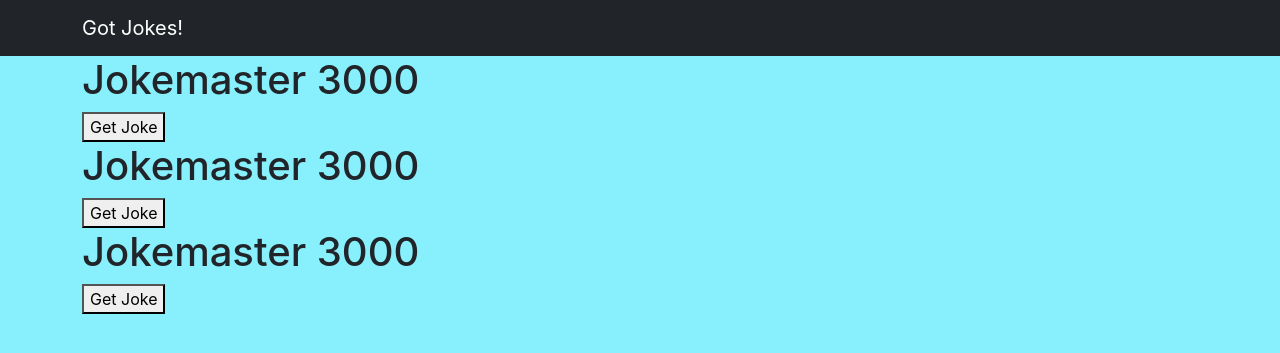
Repository: jontslater/LAB-joke-generator-react
Page: /
The author's editor kept a copy of each file at every save. The page is drawn from the files as they stood at one save, then again after the next save.
The browser window is 1280 px wide. The pictures show the whole page.
The project was rebuilt for these pictures with package versions that can differ from the ones it lists, and the page was loaded fresh each time. The framework's server and built-in components were replaced by stand-ins that run in the browser. Also part of the build but not shown: next.config.js.

Above is the page before, as saved 2024-01-12 16:06:39.

After the next save:
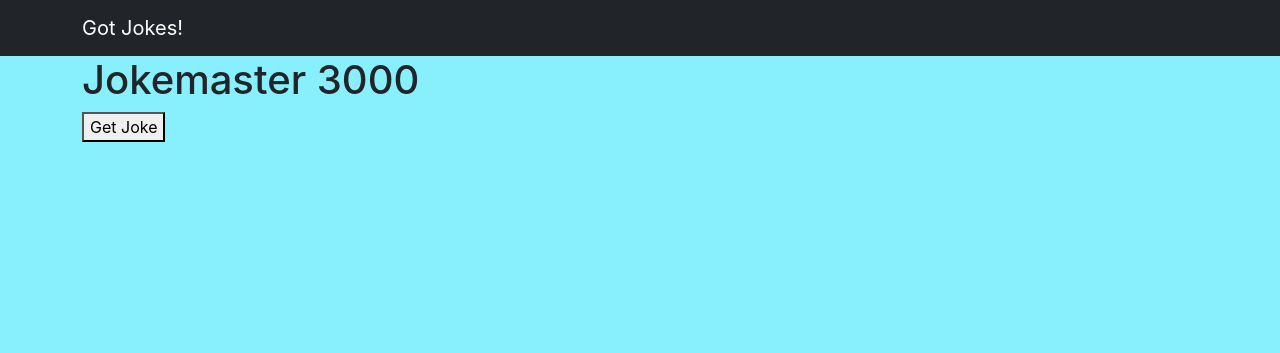
Saved 46 s later.
--- a/pages/index.js
+++ b/pages/index.js
@@ -9,9 +9,7 @@
 
   return (
     <>
-      <Jokes />
-      <Jokes />
-      <Jokes />
+      <Jokes title="Jokes1" />
     </>
   );
 }

After the save that followed:
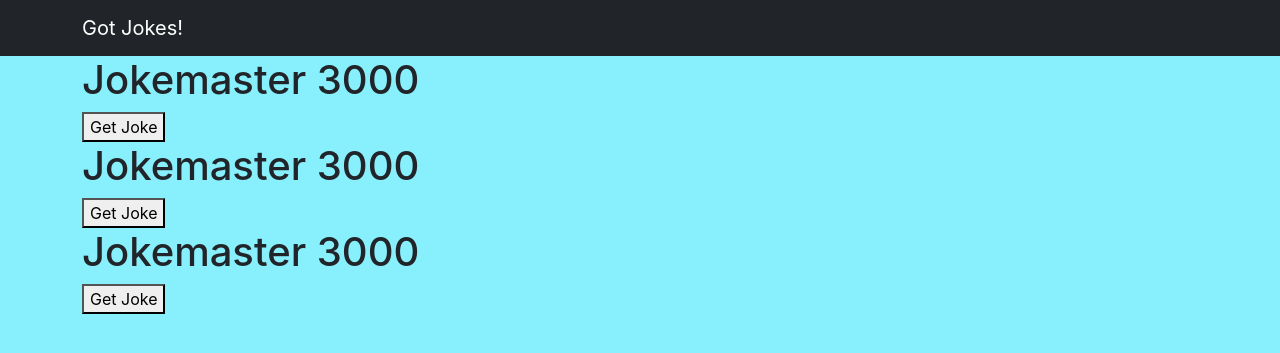
Saved 24 s later.
--- a/pages/index.js
+++ b/pages/index.js
@@ -10,6 +10,8 @@
   return (
     <>
       <Jokes title="Jokes1" />
+      <Jokes title="Jokes2" />
+      <Jokes title="Jokes2" />
     </>
   );
 }
